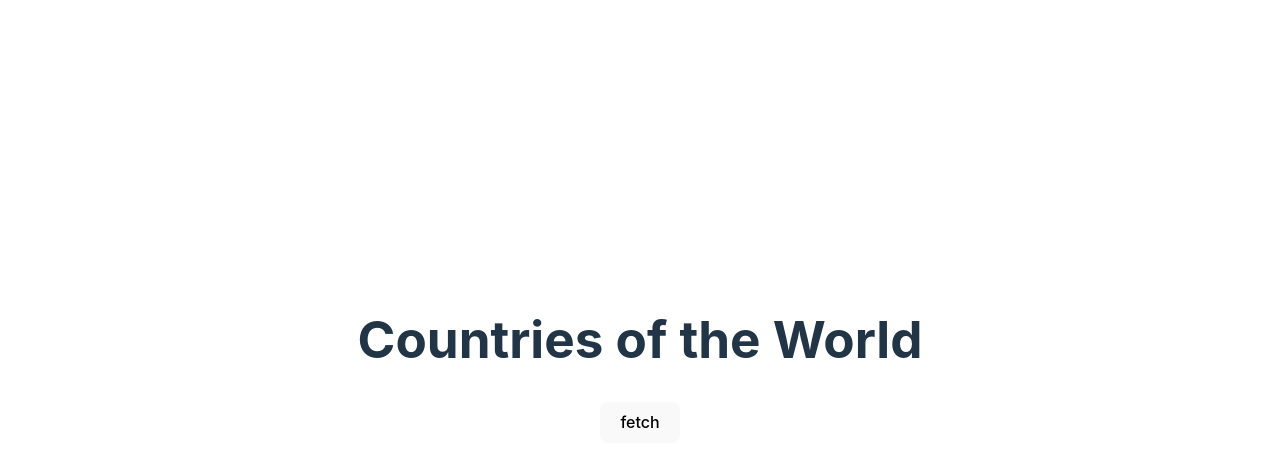
Repository: Vanessahyc/COMP3170_Lab06
Page: /
The author's editor kept a copy of each file at every save. The page is drawn from the files as they stood at one save, then again after the next save.
The browser window is 1280 px wide. The pictures show the whole page.
The project was rebuilt for these pictures with package versions that can differ from the ones it lists, and the page was loaded fresh each time. Also part of the build but not shown: vite.config.js, src/components/Country.jsx.

Above is the page before, as saved 2024-11-14 11:53:49.

### src/App.jsx
import { useEffect, useState } from 'react'
import './App.css'
import Countries from './components/Countries';

function App() {

  const [countries, setCountries] = useState([]);
  const url = "https://restcountries.com/v3.1/all";

  // useEffect(() => {
  //   fetch('https://restcountries.com/v3.1/all')
  //     .then(response => response.json())
  //     .then(data => {
  //       setCountries(data);
  //     })
  //     .catch(error => console.error('Error fetching countries', error));
  // }, []);

  async function fetchData(url) {
    let response, data;

    try {
      response = await fetch(url);
      data = await response.json();


    } catch(e) {
      console.error(e.message);
    }
  }

  function handleFetch(e) {
    e.preventDefault();
    fetchData(url);
  }


  return (
    <div>
      <h1>Countries of the World</h1>
      <button onClick={handleFetch}>fetch</button>
      <Countries countries={countries}/>
    </div>
  );
}

export default App

### src/components/Countries.jsx
import Country from "./Country";

export default function Countries({countries}) {
    return(
        <div>
            {
                countries.map(country => (
                    <Country
                        key={country.cca3}
                        url={country.flags.svg}
                        countryName={country.name.common}
                        capital={country.capital}
                        population={country.population}
                        languages={country.languages}
                        currencies={country.currencies}
                        area={country.area}
                        region={country.region}
                        continents={country.continents}
                        googleMaps={country.googleMaps}
                    />
                ))
            }
        </div>
    );
}

Loaded but not shown: index.html (common file); src/main.jsx (common file); src/index.css (common file); src/App.css (common file)

After the next save:
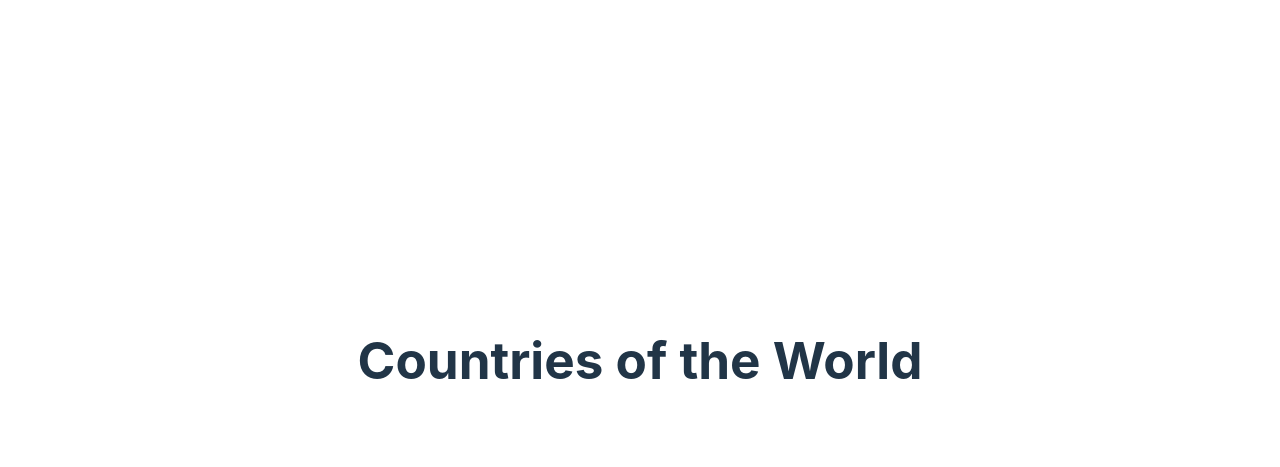
Saved 10 min 22 s later.
--- a/src/App.jsx
+++ b/src/App.jsx
@@ -16,29 +16,11 @@ function App() {
   //     .catch(error => console.error('Error fetching countries', error));
   // }, []);
 
-  async function fetchData(url) {
-    let response, data;
-
-    try {
-      response = await fetch(url);
-      data = await response.json();
-
-
-    } catch(e) {
-      console.error(e.message);
-    }
-  }
-
-  function handleFetch(e) {
-    e.preventDefault();
-    fetchData(url);
-  }
 
 
   return (
     <div>
       <h1>Countries of the World</h1>
-      <button onClick={handleFetch}>fetch</button>
       <Countries countries={countries}/>
     </div>
   );
